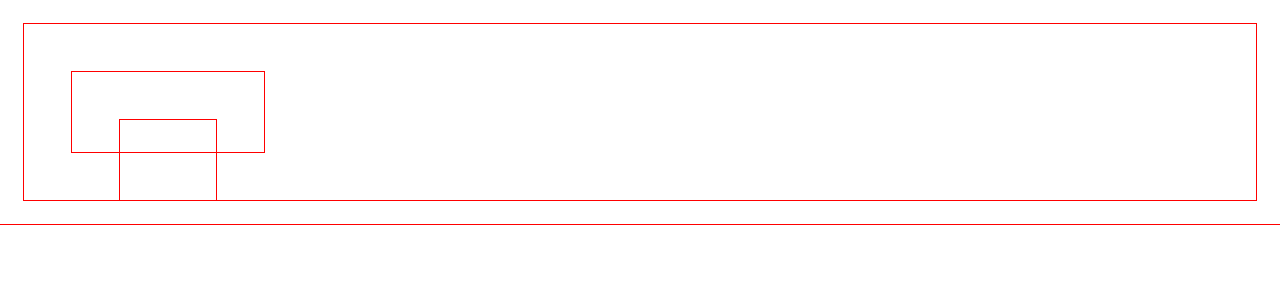
Repository: JacobSkilling-dot/Project1-Blog
Page: Week3-Blog.html
The author's editor kept a copy of each file at every save. The page is drawn from the files as they stood at one save, then again after the next save.
The browser window is 1280 px wide. The pictures show the whole page.

Above is the page before, as saved 2023-01-16 19:46:40.

After the next save:
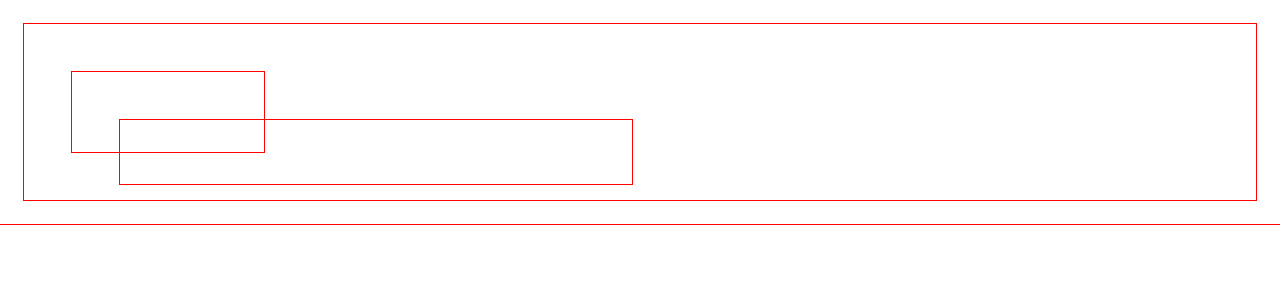
Saved 30 s later.
--- a/Week3-Blog.html
+++ b/Week3-Blog.html
@@ -20,8 +20,10 @@
             .search-bar{
                 align-content: center;
                 align-items: center;
-                height: 3rem;
+                top: 3rem;
+                height: 2rem;
                 margin: 2rem;
+                width: 30rem;
 
             }
         </style>
